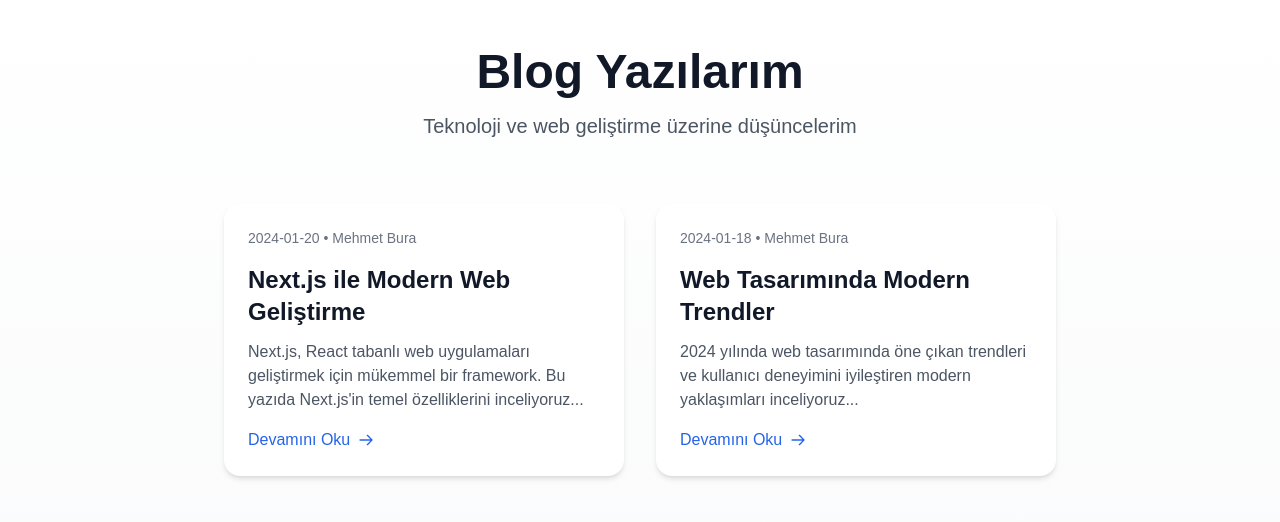
Repository: burakdemirrr/blog-app
Page: /
The author's editor kept a copy of each file at every save. The page is drawn from the files as they stood at one save, then again after the next save.
The browser window is 1280 px wide. The pictures show the whole page.
The project was rebuilt for these pictures with package versions that can differ from the ones it lists, and the page was loaded fresh each time. The framework's server and built-in components were replaced by stand-ins that run in the browser. Also part of the build but not shown: next.config.js, next.config.ts.

Above is the page before, as saved 2024-12-29 22:27:06.

### src/app/page.tsx
import { posts } from '@/data/posts';
import Link from 'next/link';

export default function Home() {
  return (
    <div className="min-h-screen bg-gradient-to-b from-white to-gray-50">
      <main className="max-w-4xl mx-auto px-4 sm:px-6 lg:px-8 py-12">
        <div className="text-center mb-16">
          <h1 className="text-5xl font-bold text-gray-900 mb-4">Blog Yazılarım</h1>
          <p className="text-xl text-gray-600">Teknoloji ve web geliştirme üzerine düşüncelerim</p>
        </div>

        <div className="grid gap-8 md:grid-cols-2">
          {posts.map(post => (
            <article
              key={post.id}
              className="bg-white rounded-2xl shadow-md hover:shadow-xl transition-all duration-300 overflow-hidden"
            >
              <div className="p-6">
                <div className="text-sm text-gray-500 mb-4">
                  {post.date} • {post.author}
                </div>

                <Link href={`/blog/${post.id}`} className="group">
                  <h2 className="text-2xl font-bold text-gray-900 mb-3 group-hover:text-blue-600 transition-colors">
                    {post.title}
                  </h2>
                </Link>

                <p className="text-gray-600 mb-4 line-clamp-3">
                  {post.excerpt}
                </p>

                <Link
                  href={`/blog/${post.id}`}
                  className="inline-flex items-center text-blue-600 hover:text-blue-800 transition-colors"
                >
                  Devamını Oku
                  <svg className="w-4 h-4 ml-2" fill="none" stroke="currentColor" viewBox="0 0 24 24">
                    <path strokeLinecap="round" strokeLinejoin="round" strokeWidth={2} d="M14 5l7 7m0 0l-7 7m7-7H3" />
                  </svg>
                </Link>
              </div>
            </article>
          ))}
        </div>
      </main>
    </div>
  );
}

### src/data/posts.ts
import { BlogPost } from '@/types/blog';

export const posts: BlogPost[] = [
  {
    id: '1',
    title: 'Next.js ile Modern Web Geliştirme',
    excerpt: 'Next.js, React tabanlı web uygulamaları geliştirmek için mükemmel bir framework. Bu yazıda Next.js\'in temel özelliklerini inceliyoruz...',
    content: `Next.js, React tabanlı web uygulamaları geliştirmek için mükemmel bir framework. Bu yazıda Next.js'in temel özelliklerini inceliyoruz.

    Next.js size sayfa yönlendirme, sunucu tarafı işleme, statik site oluşturma gibi birçok özellik sunar. Ayrıca, performans optimizasyonları ve SEO dostu yapısıyla da öne çıkar.

    Modern web geliştirmede Next.js'in sunduğu avantajlar:
    - Otomatik sayfa yönlendirme
    - Sunucu tarafı işleme
    - Statik site oluşturma
    - API Routes
    - Typescript desteği
    `,
    date: '2024-01-20',
    author: 'Mehmet Bura'
  },
  {
    id: '2',
    title: 'Web Tasarımında Modern Trendler',
    excerpt: '2024 yılında web tasarımında öne çıkan trendleri ve kullanıcı deneyimini iyileştiren modern yaklaşımları inceliyoruz...',
    content: `2024 yılında web tasarımında öne çıkan trendleri ve kullanıcı deneyimini iyileştiren modern yaklaşımları inceliyoruz.

    Minimalist tasarımlar, koyu mod desteği, ve mikroanimasyonlar gibi özellikler artık modern web sitelerinin vazgeçilmez parçaları haline geldi.

    İşte 2024'ün öne çıkan web tasarım trendleri:
    - Minimalist UI/UX
    - Koyu mod desteği
    - Mikroanimasyonlar
    - Özelleştirilebilir arayüzler
    - Erişilebilirlik odaklı tasarım
    `,
    date: '2024-01-18',
    author: 'Mehmet Bura'
  }
];

Loaded but not shown: src/app/layout.tsx (common file); src/app/globals.css (common file); tailwind.config.ts (common file)

After the next save:
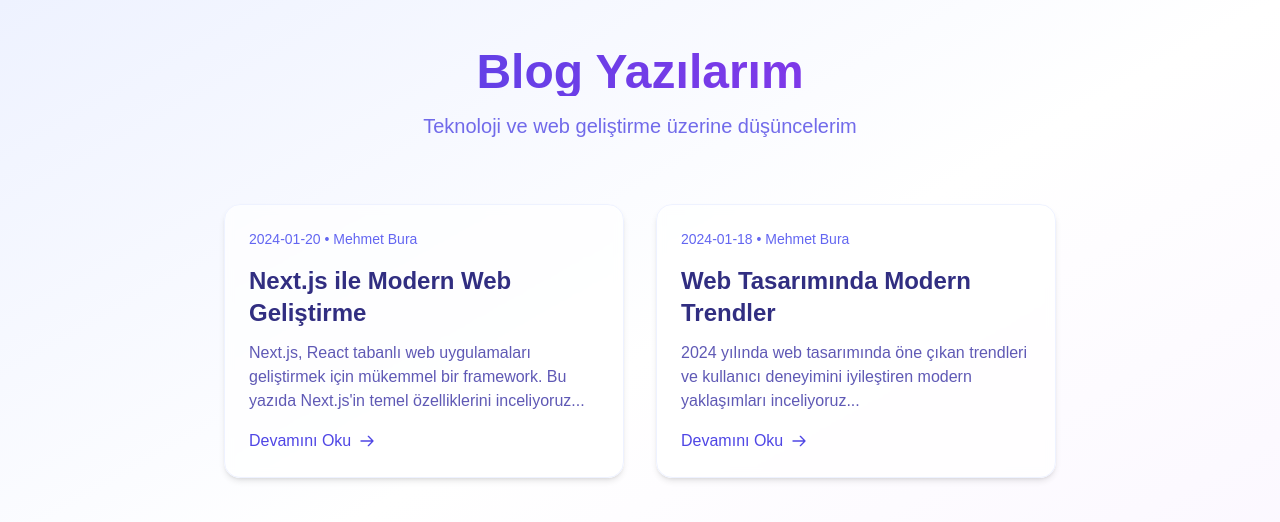
Saved 47 s later.
--- a/src/app/page.tsx
+++ b/src/app/page.tsx
@@ -3,37 +3,39 @@ import Link from 'next/link';
 
 export default function Home() {
   return (
-    <div className="min-h-screen bg-gradient-to-b from-white to-gray-50">
+    <div className="min-h-screen bg-gradient-to-br from-indigo-50 via-white to-purple-50">
       <main className="max-w-4xl mx-auto px-4 sm:px-6 lg:px-8 py-12">
         <div className="text-center mb-16">
-          <h1 className="text-5xl font-bold text-gray-900 mb-4">Blog Yazılarım</h1>
-          <p className="text-xl text-gray-600">Teknoloji ve web geliştirme üzerine düşüncelerim</p>
+          <h1 className="text-5xl font-bold text-indigo-900 mb-4 bg-clip-text text-transparent bg-gradient-to-r from-indigo-600 to-purple-600">
+            Blog Yazılarım
+          </h1>
+          <p className="text-xl text-indigo-600/80">Teknoloji ve web geliştirme üzerine düşüncelerim</p>
         </div>
 
         <div className="grid gap-8 md:grid-cols-2">
           {posts.map(post => (
             <article
               key={post.id}
-              className="bg-white rounded-2xl shadow-md hover:shadow-xl transition-all duration-300 overflow-hidden"
+              className="bg-white/70 backdrop-blur-sm rounded-2xl shadow-md hover:shadow-xl transition-all duration-300 overflow-hidden border border-indigo-50 hover:border-indigo-100"
             >
               <div className="p-6">
-                <div className="text-sm text-gray-500 mb-4">
+                <div className="text-sm text-indigo-500 mb-4 font-medium">
                   {post.date} • {post.author}
                 </div>
 
                 <Link href={`/blog/${post.id}`} className="group">
-                  <h2 className="text-2xl font-bold text-gray-900 mb-3 group-hover:text-blue-600 transition-colors">
+                  <h2 className="text-2xl font-bold text-indigo-900 mb-3 group-hover:text-indigo-600 transition-colors">
                     {post.title}
                   </h2>
                 </Link>
 
-                <p className="text-gray-600 mb-4 line-clamp-3">
+                <p className="text-indigo-800/80 mb-4 line-clamp-3">
                   {post.excerpt}
                 </p>
 
                 <Link
                   href={`/blog/${post.id}`}
-                  className="inline-flex items-center text-blue-600 hover:text-blue-800 transition-colors"
+                  className="inline-flex items-center text-indigo-600 hover:text-indigo-700 transition-colors font-medium"
                 >
                   Devamını Oku
                   <svg className="w-4 h-4 ml-2" fill="none" stroke="currentColor" viewBox="0 0 24 24">
